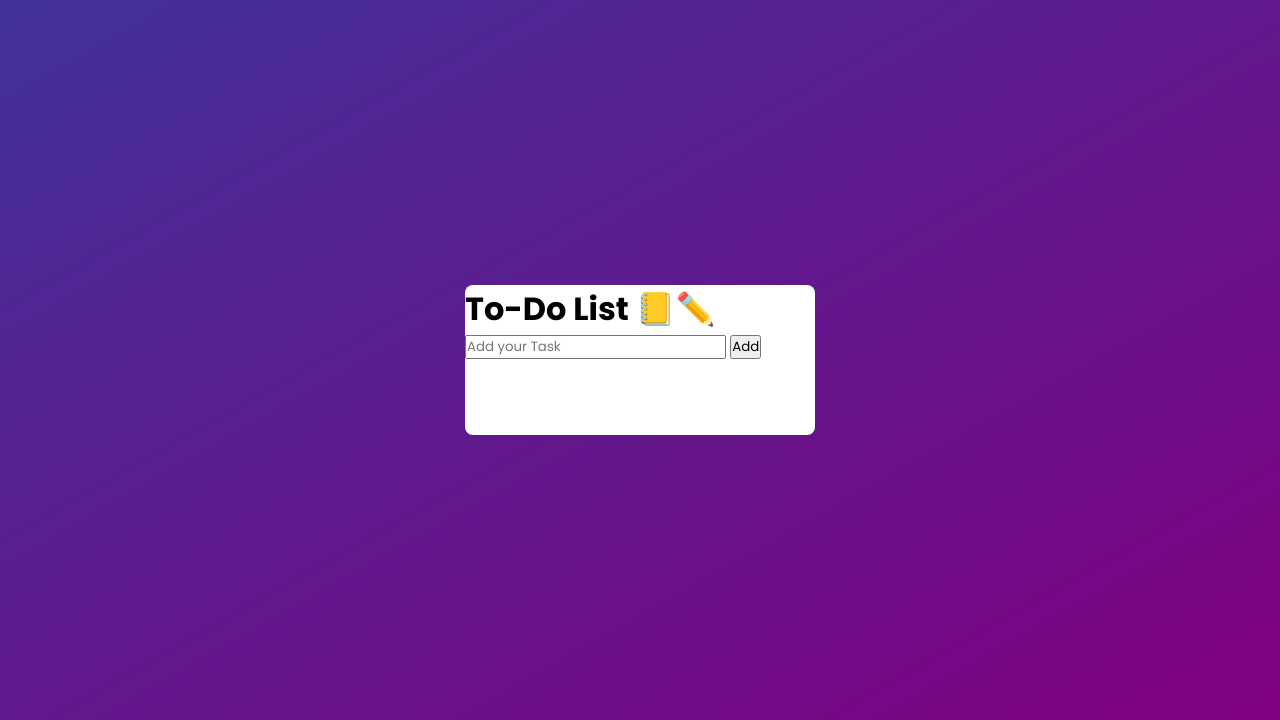
Repository: Ankitkr2021/To-Do-List
Page: index.html
The author's editor kept a copy of each file at every save. The page is drawn from the files as they stood at one save, then again after the next save.
The browser window is 1280 px wide. The pictures show the whole page.

Above is the page before, as saved 2025-10-03 10:03:14.

### index.html
<!DOCTYPE html>
<html lang="en">
<head>
    <meta charset="UTF-8">
    <meta name="viewport" content="width=device-width, initial-scale=1.0">
    <title>To-Do-List</title>
    <link rel="stylesheet" href="./style.css">
</head>
<body>
    <div class="box">
        <h1>To-Do List 📒✏️</h1>
        <div class="task">
        <input id="add" type="text" placeholder="Add your Task">
        <button type="submit">Add</button>
        </div>
    </div>
</body>
</html>

### style.css
@import url("https://fonts.googleapis.com/css2?family=Poppins:wght@300;400;500;600;700&display=swap");

*{
    margin: 0;
    padding: 0;
    box-sizing: border-box;
    font-family: 'Poppins',sans-serif;
}

body{
    display: flex;
    justify-content: center;
    align-items: center;
    height: 100vh;
    background: linear-gradient(to bottom right, rgba(40, 22, 139, 0.884), purple);
}

.box {
    background: #fff;
    height: 150px;
    max-height: 300px;
    width: 350px;
    border-radius: 8px;
}

After the next save:
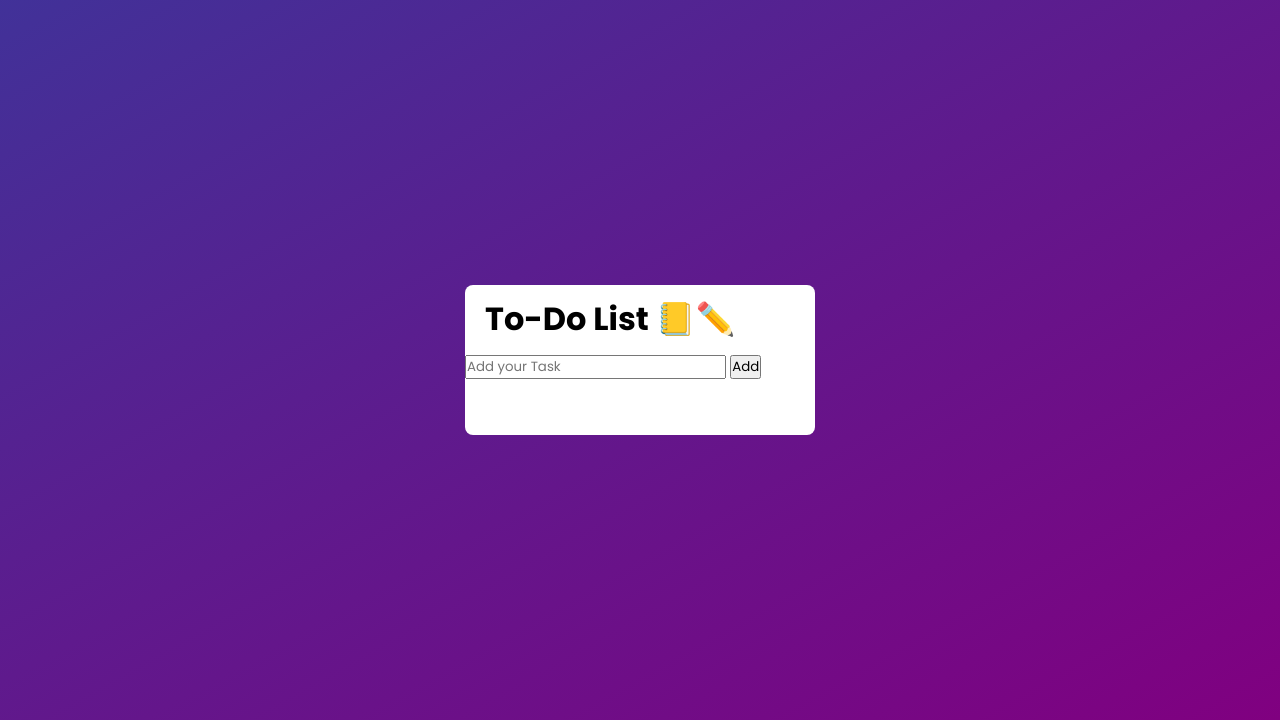
Saved 20 s later.
--- a/style.css
+++ b/style.css
@@ -22,3 +22,7 @@ body{
     width: 350px;
     border-radius: 8px;
 }
+
+.box h1 {
+    padding: 10px 20px;
+}
